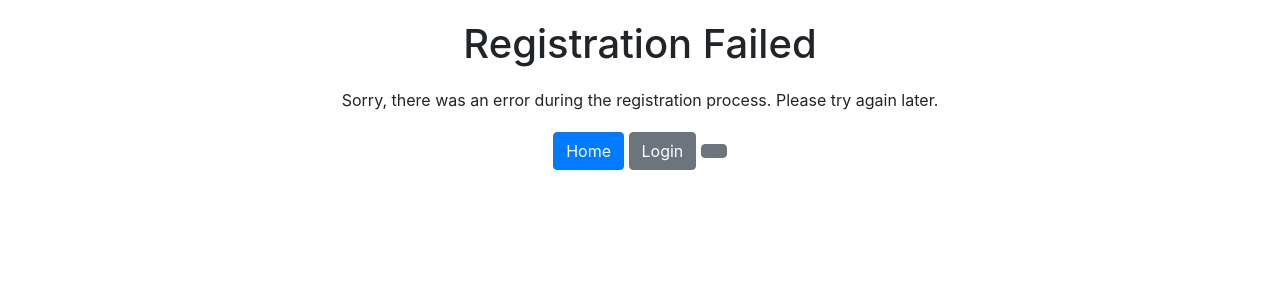
Repository: omi4535/Decentralized_Blood_Bank_System
Page: http://localhost/blood_bank_system/fail.jsp
An editor plug-in stored every save of this project. The page is shown before and after the next save, followed by the edit.
The browser window is 1280 px wide. The pictures show the whole page.
The page is served by Tomcat 9.

Above is the page before, as saved 2023-07-04 19:05:02.
Console error (its wording comes from the project's code and is left out).

After the next save:
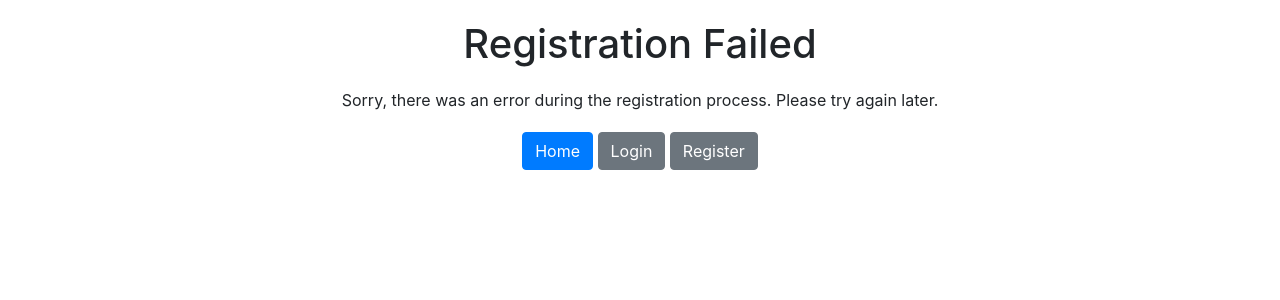
Saved 23 s later.
--- a/blood bank system/src/main/webapp/fail.jsp
+++ b/blood bank system/src/main/webapp/fail.jsp
@@ -33,7 +33,7 @@
         <div class="text-center btn-container">
             <a href="index.jsp" class="btn btn-primary">Home</a>
             <a href="login.jsp" class="btn btn-secondary">Login </a>
-            <a href="registration.jsp" class="btn btn-secondary"> </a>
+            <a href="registration.jsp" class="btn btn-secondary"> Register </a>
         </div>
     </div>
 
